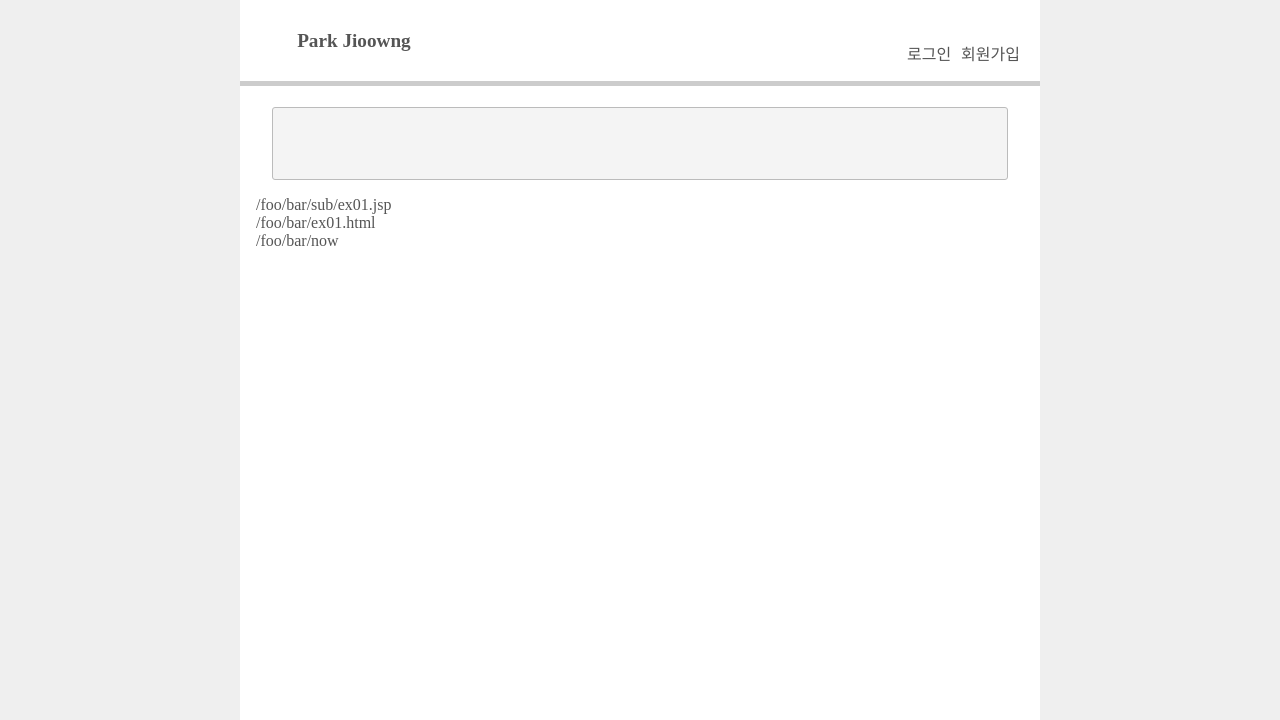
Repository: park-jiwoong/webClass
Page: webPro/src/main/webapp/JSPClass/jspPro/src/main/webapp/days02/ex01.html
The author's editor kept a copy of each file at every save. The page is drawn from the files as they stood at one save, then again after the next save.
The browser window is 1280 px wide. The pictures show the whole page.
Some web fonts or font styles are not loaded; a fallback is used.

Above is the page before, as saved 2025-05-22 07:33:30.

After the next save:
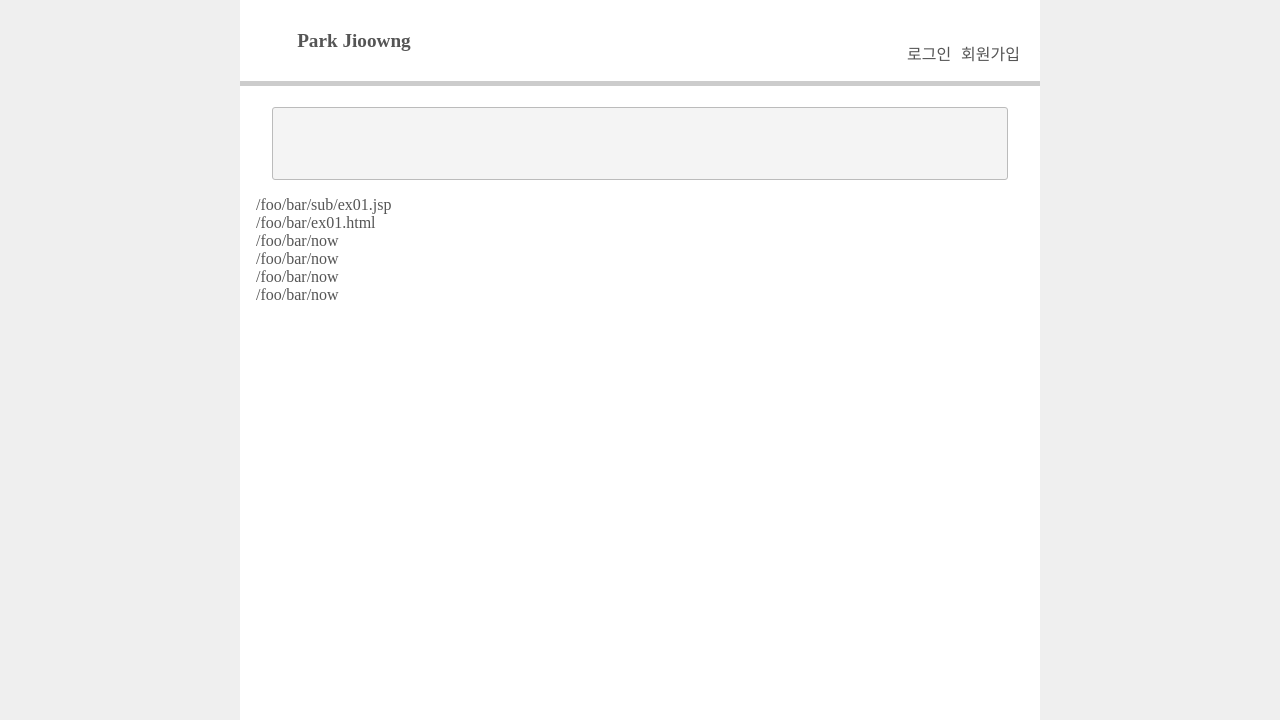
Saved 62 s later.
--- a/webPro/src/main/webapp/JSPClass/jspPro/src/main/webapp/days02/ex01.html
+++ b/webPro/src/main/webapp/JSPClass/jspPro/src/main/webapp/days02/ex01.html
@@ -28,6 +28,13 @@
 	<a href="/jspPro/foo/bar/sub/ex01.jsp">/foo/bar/sub/ex01.jsp</a><br>
 	<a href="/jspPro/foo/bar/ex01.html">/foo/bar/ex01.html</a><br>
 	<a href="/jspPro/foo/bar/now">/foo/bar/now</a><br>
+
+	<a href="/jspPro/baz/bar/now">/foo/bar/now</a><br>
+	<a href="/jspPro/baz/bar/now">/foo/bar/now</a><br>
+	<a href="/jspPro/foo/bar/now">/foo/bar/now</a><br>
+
+
+
 </div>
 </body>
 </html>
